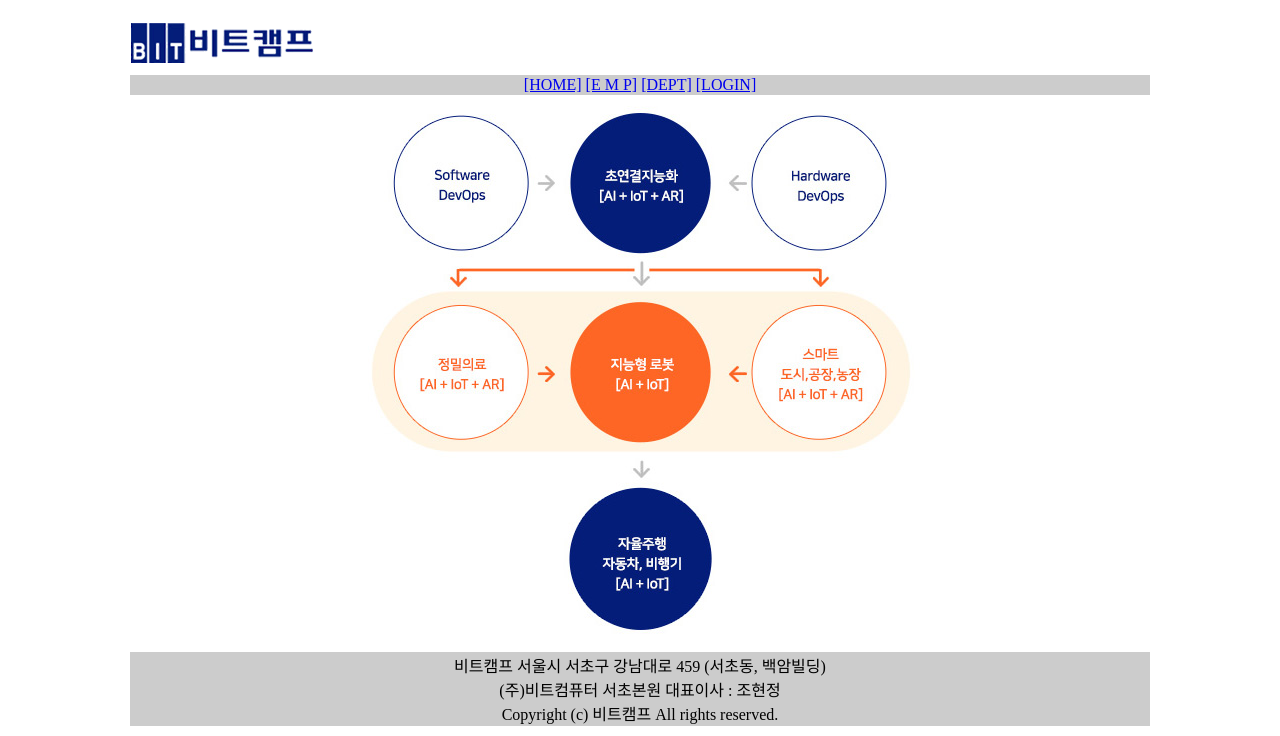
Repository: Deepsky110/LectureNotes
Page: http://localhost/web08/emp/add.jsp
An editor plug-in stored every save of this project. The page is shown before and after the next save, followed by the edit.
The browser window is 1280 px wide. The pictures show the whole page.
The page is served by Tomcat 9.

Above is the page before, as saved 2020-07-07 01:50:38.

After the next save:
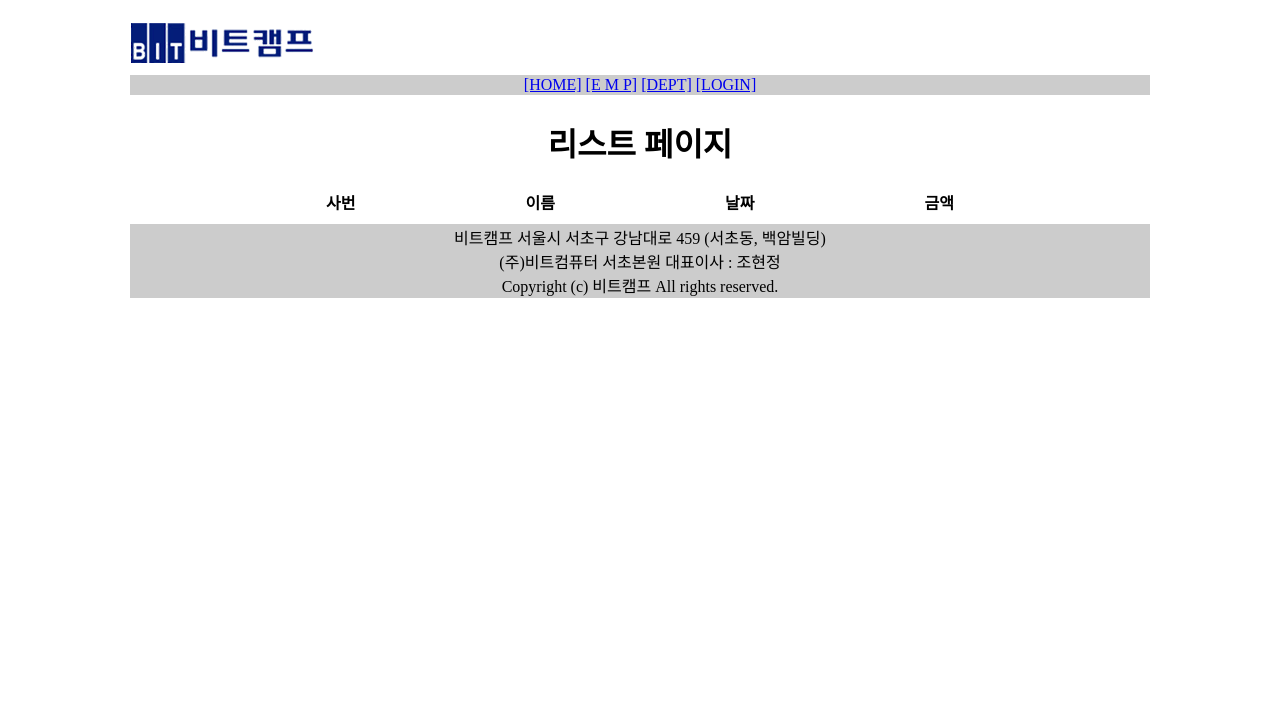
Saved 2 min 58 s later.
--- a/web08/WebContent/emp/add.jsp
+++ b/web08/WebContent/emp/add.jsp
@@ -25,7 +25,29 @@
 			<td>
 				<!-- content start -->
 				<center>
-				<img alt="" src="img/img01.jpg">
+				<h1>리스트 페이지</h1>
+				<table width="800">
+					<tr>
+						<th>사번</th>
+						<th>이름</th>
+						<th>날짜</th>
+						<th>금액</th>
+					</tr>
+					<%
+
+
+					%>
+					<tr>
+						<td></td>
+						<td></td>
+						<td></td>
+						<td></td>
+					</tr>
+					<%
+
+
+					%>
+				</table>
 				</center>
 				<!-- content end -->
 			</td>
